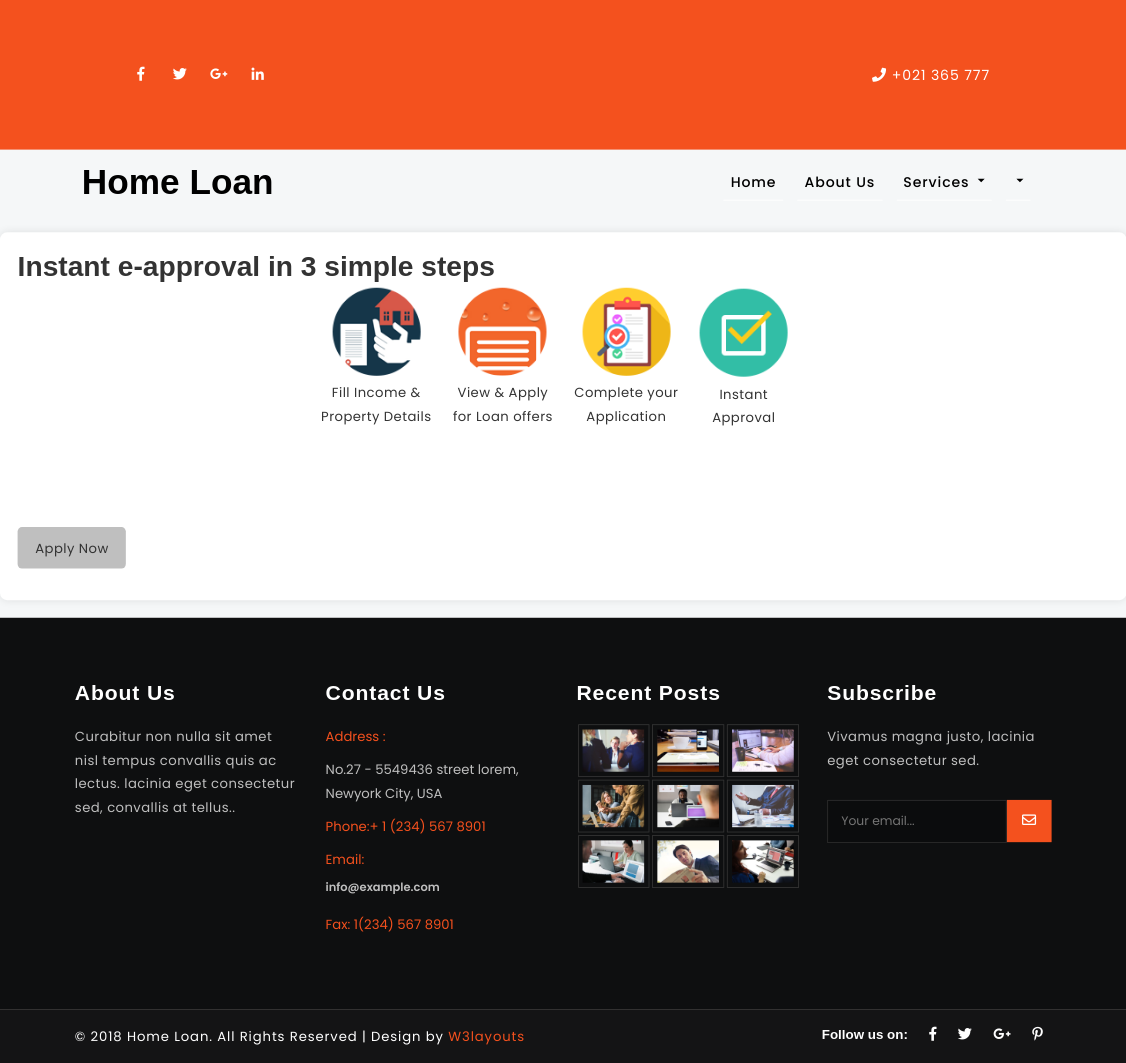
Repository: 72-faisal/Spring-MVC-project
Page: http://localhost/HomeLoan/WEB-INF/views/LoanApplyOnline.jsp
The author's editor kept a copy of each file at every save. The page is drawn from the files as they stood at one save, then again after the next save.
The browser window is 1280 px wide. The pictures show the whole page, at 88% of full size.
Some web fonts or font styles are not loaded; a fallback is used. The page is served by Tomcat 9. Nobody is signed in. Other server files are loaded and not shown. The template is opened directly, without the code that normally fills it, so the values that code supplies are empty.

Above is the page before, as saved 2023-12-28 06:11:48.

### HomeLoan/src/main/webapp/WEB-INF/views/LoanApplyOnline.jsp
<%@ page language="java" contentType="text/html; charset=ISO-8859-1"
	pageEncoding="ISO-8859-1"%>
<%@ page isELIgnored="false"%>
<!DOCTYPE html>
<html>
<head>
<meta charset="ISO-8859-1">
<title>Home Loan a Banking Category Flat Bootstrap Responsive
	Website Template | Services :: w3layouts</title>
<style type="text/css">
/* Global Styles */
body {
	font-family: 'Poppins', sans-serif;
	margin: 0;
	padding: 0;
	background-color: #f5f5f5;
}

/* Header Styles */
/*   header {
        background-color: #333;
        color: #fff;
        padding: 10px 0;
    } */
.top {
	background-color: #555;
	padding: 5px 0;
}

.top-middle ul, .top-left ul {
	padding: 60px;
	margin: 0;
	list-style: none;
}

.top-middle ul li, .top-left ul li {
	display: inline;
	margin-right: 10px;
}

/* Apply Online Section Styles */
.apply-online {
	background-color: #fff;
	padding: 20px;
	margin: 20px 0;
	border-radius: 8px;
	box-shadow: 0 0 10px rgba(0, 0, 0, 0.1);
}

.apply-online h2 span {
	color: #333;
}

.apply-online ul {
	list-style: none;
	padding: 0;
	margin: 0;
	text-align: center;
}

.apply-online ul li {
	display: inline-block;
	margin-right: 20px;
	vertical-align: top;
}

.apply-online ul li img {
	max-width: 100%;
}

.apply-online ul li p {
	margin: 5px 0;
}

.apply-online .apply-btn {
	background-color: #bfbfbf;
	color: #fff;
	padding: 10px 20px;
	text-decoration: none;
	border-radius: 5px;
	display: inline-block;
	margin-top: 20px;
}

/* Footer Styles */
/*  footer {
        background-color: #f1f1f1;
        color: #fff;
        text-align: center;
        padding: 10px 0;
        margin-top: 20px;
    } */
</style>
<!-- Additional stylesheets -->
<title>Home Loan a Banking Category Flat Bootstrap Responsive
	Website Template | Services :: w3layouts</title>
<meta name="viewport" content="width=device-width, initial-scale=1">
<meta charset="utf-8">
<meta name="keywords"
	content="Home Loan Responsive web template, Bootstrap Web Templates, Flat Web Templates, Android Compatible web template,
SmartPhone Compatible web template, free WebDesigns for Nokia, Samsung, LG, SonyEricsson, Motorola web design" />
<script>
	addEventListener("load", function() {
		setTimeout(hideURLbar, 0);
	}, false);

	function hideURLbar() {
		window.scrollTo(0, 1);
	}
</script>

<!-- Bootstrap Core CSS -->
<link href="<%=request.getContextPath()%>/resources/css/bootstrap.css"
	rel='stylesheet' type='text/css' />
<link href="<%=request.getContextPath()%>/resources/css/style.css"
	rel='stylesheet' type='text/css' />
<!-- font-awesome icons -->
<link
	href="<%=request.getContextPath()%>/resources/css/fontawesome-all.min.css"
	rel="stylesheet">
<!-- //Custom Theme files -->
<!-- online fonts -->
<!-- titles -->
<link
	href="//fonts.googleapis.com/css?family=Raleway:300,400,500,600,700,800,900"
	rel="stylesheet">
<!-- body -->
<link
	href="//fonts.googleapis.com/css?family=Poppins:400,500,600,700,800"
	rel="stylesheet">
</head>

<body>

	<!-- header -->
	<header>
		<div class="top">
			<div class="container">
				<div class="t-op row">
					<div class="col-sm-6 top-middle">
						<ul>
							<li><a href="#"><i class="fab fa-facebook-f"></i></a></li>
							<li><a href="#"><i class="fab fa-twitter"></i></a></li>
							<li><a href="#"><i class="fab fa-google-plus-g"></i></a></li>
							<li><a href="#"><i class="fab fa-linkedin-in"></i></a></li>
						</ul>
					</div>
					<div class="col-sm-6 top-left">
						<ul>
							<li><i class="fas fa-phone"></i> +021 365 777</li>
						</ul>
					</div>
				</div>
			</div>
		</div>
		<div class="container">
			<nav class="navbar navbar-expand-lg navbar-light">
				<h1>
					<a class="navbar-brand text-capitalize" href="index"> Home Loan
					</a>
				</h1>
				<button class="navbar-toggler" type="button" data-toggle="collapse"
					data-target="#navbarSupportedContent"
					aria-controls="navbarSupportedContent" aria-expanded="false"
					aria-label="Toggle navigation">
					<span class="navbar-toggler-icon"></span>
				</button>

				<div class="collapse navbar-collapse" id="navbarSupportedContent">
					<ul class="navbar-nav text-center  ml-lg-auto">
						<li class="nav-item mr-3"><a class="nav-link" href="index">Home
								<span class="sr-only">(current)</span>
						</a></li>
						<li class="nav-item  mr-3"><a class="nav-link" href="about">About
								Us</a></li>

						<li class="nav-item dropdown mr-3"><a
							class="nav-link dropdown-toggle" href="#" id="navbarDropdown"
							role="button" data-toggle="dropdown" aria-haspopup="true"
							aria-expanded="false"> Services </a>
							<div class="dropdown-menu" aria-labelledby="navbarDropdown">
								<a class="dropdown-item" href="LoanApplyOnline">Apply Online</a>
								<a class="dropdown-item" href="LoanApprovedProject">Approved
									Project</a> <a class="dropdown-item" href="LoanCalculator">Loan
									Calculator</a>
							</div></li>
						<li class="nav-item dropdown mr-3"><a
							class="nav-link dropdown-toggle" href="#" id="navbarDropdown"
							role="button" data-toggle="dropdown" aria-haspopup="true"
							aria-expanded="false"> ${user.name } </a>
							<div class="dropdown-menu" aria-labelledby="navbarDropdown">
								<a class="dropdown-item" href="UserProfile">Profile</a> <a
									class="dropdown-item" href="UserChangePassword">Change
									Password</a> <a class="dropdown-item" href="UserLogout">Logout</a>
							</div></li>
						<!-- 	<li class="nav-item">
							<a class="nav-link" href="contact">contact</a>
						</li> -->
					</ul>
				</div>
			</nav>
		</div>
	</header>
	<!-- //header -->

	<!-- Apply Online Section -->
	<div
		class="apply-online resp-tab-content hor_1 resp-tab-content-active"
		aria-labelledby="hor_1_tab_item-2" style="display: block">
		<h2>
			<span>Instant e-approval in 3 simple steps</span>
		</h2>
		<ul>
			<li>
				<p>
					<img
						src="<%=request.getContextPath()%>/resources/images/apply-img1.png"
						alt="Property Details" title="Property Details">
				</p>
				<p>
					Fill Income &amp; <br>Property Details
				</p>
			</li>
			<li>
				<p>
					<img
						src="<%=request.getContextPath()%>/resources/images/apply-img2.png"
						alt="View &amp; Apply for Loan offers"
						title="View &amp; Apply for Loan offers">
				</p>
				<p>
					View &amp; Apply <br>for Loan offers
				</p>
			</li>
			<li>
				<p>
					<img
						src="<%=request.getContextPath()%>/resources/images/apply-img3.png"
						alt="Complete your Application" title="Complete your Application">
				</p>
				<p>
					Complete your <br>Application
				</p>
			</li>
			<li>
				<p>
					<img
						src="<%=request.getContextPath()%>/resources/images/apply-img4.png"
						alt="Instant Approval" title="Instant Approval">
				</p>
				<p>
					Instant <br>Approval
				</p>
			</li>
		</ul>
		<p>&nbsp;</p>
		<p>&nbsp;</p>
		<p class="txt-center">
			<a class="apply-btn">Apply Now <i class="arrow-icon"></i></a>
		</p>
	</div>

	<!--footer-->
	<footer>
		<div class="container py-md-4 mt-md-3">
			<div class="row footer-top-w3layouts-agile py-5">
				<div class="col-lg-3 col-md-6 col-sm-6 footer-grid">
					<div class="footer-title">
						<h3>About Us</h3>
					</div>
					<div class="footer-text">
						<p>Curabitur non nulla sit amet nisl tempus convallis quis ac
							lectus. lacinia eget consectetur sed, convallis at tellus..</p>

					</div>
				</div>
				<div class="col-lg-3 col-md-6 col-sm-6 footer-grid">
					<div class="footer-title">
						<h3>Contact Us</h3>
					</div>
					<div class="footer-office-hour">
						<ul>
							<li class="hd">Address :</li>
							<li>No.27 - 5549436 street lorem, Newyork City, USA</li>

						</ul>
						<ul>
							<li class="hd">Phone:+ 1 (234) 567 8901</li>
							<li class="hd">Email: <a href="mailto:info@example.com">info@example.com</a>
							</li>
							<li class="hd">Fax: 1(234) 567 8901</li>
						</ul>
					</div>
				</div>
				<div class="col-lg-3 col-md-6 col-sm-6 footer-grid">
					<div class="footer-title">
						<h3>Recent Posts</h3>
					</div>
					<div class="footer-list">
						<div class="flickr-grid">
							<a href="#" data-toggle="modal" data-target="#myModal"> <img
								src="<%=request.getContextPath()%>/resources/images/g1.jpg"
								class="img-fluid" alt=" ">
							</a>
						</div>
						<div class="flickr-grid">
							<a href="#" data-toggle="modal" data-target="#myModal"> <img
								src="<%=request.getContextPath()%>/resources/images/g2.jpg"
								class="img-fluid" alt=" ">
							</a>
						</div>
						<div class="flickr-grid">
							<a href="#" data-toggle="modal" data-target="#myModal"> <img
								src="<%=request.getContextPath()%>/resources/images/g3.jpg"
								class="img-fluid" alt=" ">
							</a>
						</div>
						<div class="flickr-grid">
							<a href="#" data-toggle="modal" data-target="#myModal"> <img
								src="<%=request.getContextPath()%>/resources/images/g4.jpg"
								class="img-fluid" alt=" ">
							</a>
						</div>
						<div class="flickr-grid">
							<a href="#" data-toggle="modal" data-target="#myModal"> <img
								src="<%=request.getContextPath()%>/resources/images/g5.jpg"
								class="img-fluid" alt=" ">
							</a>
						</div>
						<div class="flickr-grid">
							<a href="#" data-toggle="modal" data-target="#myModal"> <img
								src="<%=request.getContextPath()%>/resources/images/g6.jpg"
								class="img-fluid" alt=" ">
							</a>
						</div>
						<div class="flickr-grid">
							<a href="#" data-toggle="modal" data-target="#myModal"> <img
								src="<%=request.getContextPath()%>/resources/images/g7.jpg"
								class="img-fluid" alt=" ">
							</a>
						</div>
						<div class="flickr-grid">
							<a href="#" data-toggle="modal" data-target="#myModal"> <img
								src="<%=request.getContextPath()%>/resources/images/g9.jpg"
								class="img-fluid" alt=" ">
							</a>
						</div>
						<div class="flickr-grid">
							<a href="#" data-toggle="modal" data-target="#myModal"> <img
								src="<%=request.getContextPath()%>/resources/images/g8.jpg"
								class="img-fluid" alt=" ">
							</a>
						</div>
						<div class="clearfix"></div>
					</div>
				</div>
				<div class="col-lg-3 col-md-6 col-sm-6 footer-grid">
					<div class="footer-title">
						<h3>Subscribe</h3>
					</div>
					<p>Vivamus magna justo, lacinia eget consectetur sed.</p>
					<form action="#" method="post" class="newsletter">
						<input class="email" type="email" placeholder="Your email..."
							required="">
						<button class="btn1">
							<i class="far fa-envelope"></i>
						</button>
					</form>
					<div class="clearfix"></div>
				</div>
			</div>
		</div>
	</footer>
	<!---->
	<div class="copyright py-3">
		<div class="container">
			<div class="copyrighttop">
				<ul>
					<li>
						<h4>Follow us on:</h4>
					</li>
					<li><a class="facebook" href="#"> <i
							class="fab fa-facebook-f"></i>
					</a></li>
					<li><a class="facebook" href="#"> <i
							class="fab fa-twitter"></i>
					</a></li>
					<li><a class="facebook" href="#"> <i
							class="fab fa-google-plus-g"></i>
					</a></li>
					<li><a class="facebook" href="#"> <i
							class="fab fa-pinterest-p"></i>
					</a></li>
				</ul>
			</div>
			<div class="copyrightbottom">
				<p>
					© 2018 Home Loan. All Rights Reserved | Design by <a
						href="http://w3layouts.com/">W3layouts</a>
				</p>
			</div>
			<div class="clearfix"></div>
		</div>
	</div>
	<!-- Modal -->
	<div class="modal fade" id="myModal" tabindex="-1" role="dialog"
		aria-labelledby="exampleModalCenterTitle" aria-hidden="true">
		<div class="modal-dialog modal-dialog-centered" role="document">
			<div class="modal-content">
				<div class="modal-header">
					<h4 class="modal-title">Home Loan</h4>
					<button type="button" class="close" data-dismiss="modal"
						aria-label="Close">
						<span aria-hidden="true">&times;</span>
					</button>
				</div>
				<div class="modal-body">
					<div class="agileits-w3layouts-info">
						<img src="<%=request.getContextPath()%>/resources/images/g6.jpg"
							class="img-fluid" alt="" />
						<p>Duis venenatis, turpis eu bibendum porttitor, sapien quam
							ultricies tellus, ac rhoncus risus odio eget nunc. Pellentesque
							ac fermentum diam. Integer eu facilisis nunc, a iaculis felis.
							Pellentesque pellentesque tempor enim, in dapibus turpis
							porttitor quis.</p>
					</div>
				</div>
				<div class="modal-footer">
					<button type="button" class="btn btn-secondary"
						data-dismiss="modal">Close</button>
					<button type="button" class="btn btn-primary">Save changes</button>
				</div>
			</div>
		</div>
	</div>
	<!-- //Modal -->
	<!-- js-->
	<script
		src="<%=request.getContextPath()%>/resources/js/jquery-2.2.3.min.js"></script>
	<!-- js-->
	<!-- Bootstrap Core JavaScript -->
	<script
		src="<%=request.getContextPath()%>/resources/js/bootstrap.js ">

	</script>
	<!-- //Bootstrap Core JavaScript -->

</body>
</html>

Loaded but not shown: HomeLoan/src/main/webapp/WEB-INF/resources/assets/css/bootstrap.css (library); HomeLoan/src/main/webapp/WEB-INF/resources/assets/css/fontawesome-all.min.css (library); HomeLoan/src/main/webapp/WEB-INF/resources/assets/js/jquery-2.2.3.min.js (library); HomeLoan/src/main/webapp/WEB-INF/resources/assets/js/bootstrap.js (library); HomeLoan/src/main/webapp/WEB-INF/resources/assets/css/style.css (2094 lines, source omitted)

After the next save:
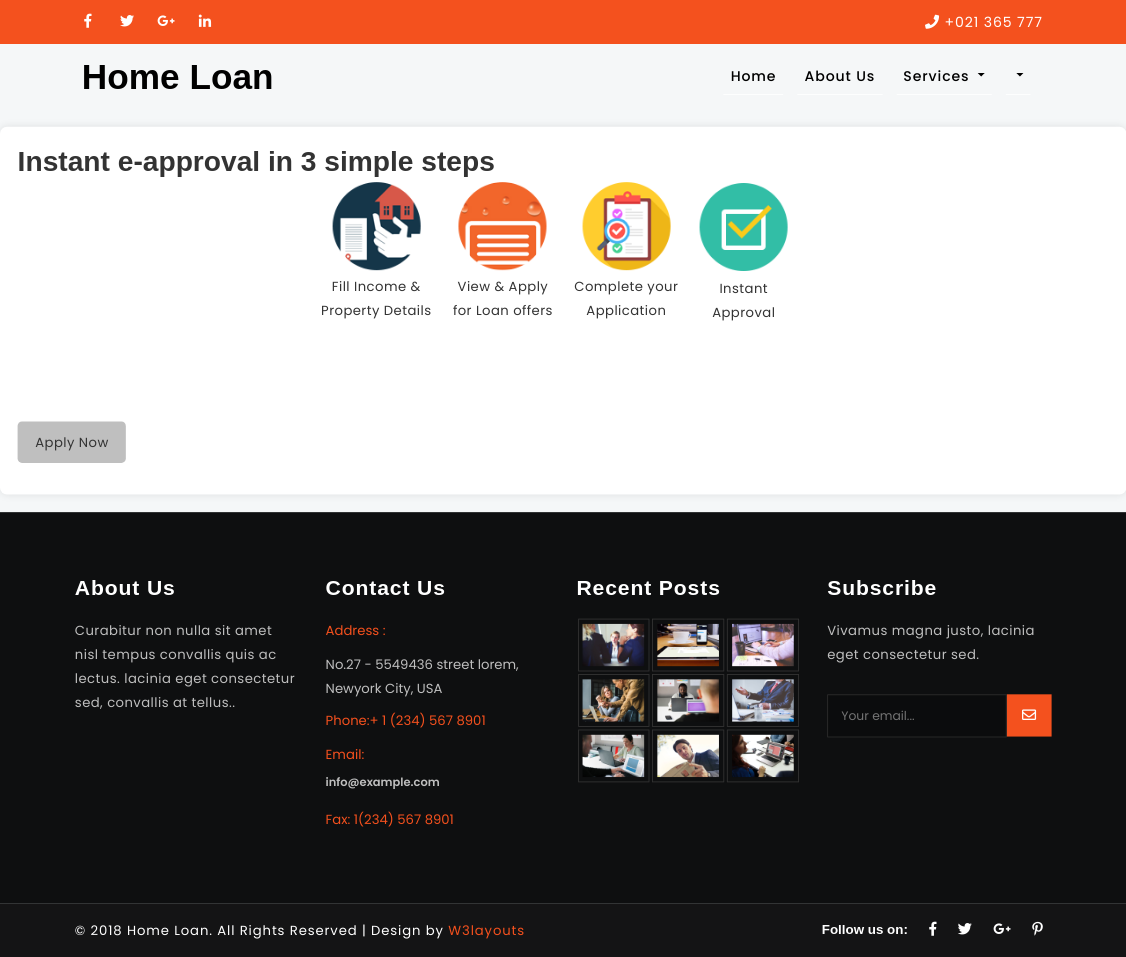
Saved 11 s later.
--- a/HomeLoan/src/main/webapp/WEB-INF/views/LoanApplyOnline.jsp
+++ b/HomeLoan/src/main/webapp/WEB-INF/views/LoanApplyOnline.jsp
@@ -28,7 +28,7 @@ body {
 }
 
 .top-middle ul, .top-left ul {
-	padding: 60px;
+	padding: 0;
 	margin: 0;
 	list-style: none;
 }
